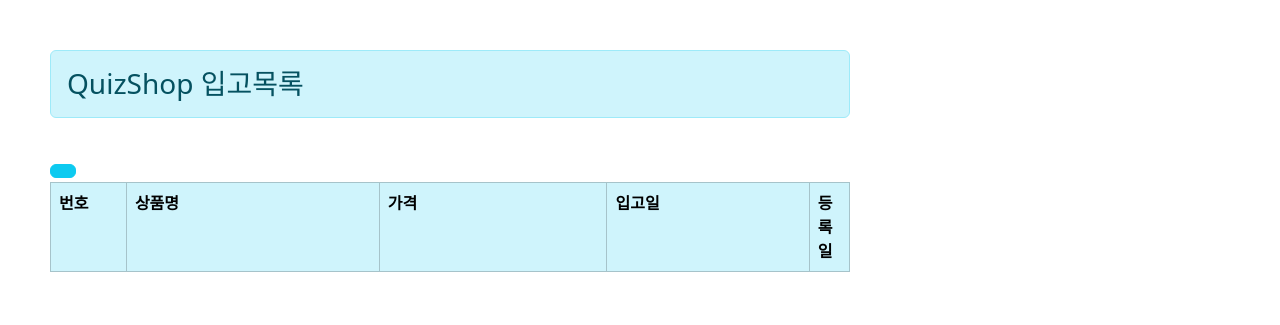
Repository: JunbroGit/SistProject
Page: http://localhost/jsaAjaxProject/quizshop/shopList.jsp
An editor plug-in stored every save of this project. The page is shown before and after the next save, followed by the edit.
The browser window is 1280 px wide. The pictures show the whole page.
Some web fonts or font styles are not loaded; a fallback is used. The page is served by Tomcat 9. Other server files are loaded and not shown.

Above is the page before, as saved 2024-03-12 06:14:13.

### jspwork/jsaAjaxProject/src/main/webapp/quizshop/shopList.jsp
<%@ page language="java" contentType="text/html; charset=UTF-8"
    pageEncoding="UTF-8"%>
<!DOCTYPE html>
<html>
<head>
<meta charset="UTF-8">
<link href="https://cdn.jsdelivr.net/npm/bootstrap@5.3.2/dist/css/bootstrap.min.css" rel="stylesheet">
<link href="https://fonts.googleapis.com/css2?family=Dongle&family=Gaegu&family=Nanum+Myeongjo&family=Nanum+Pen+Script&family=Noto+Sans+KR:wght@100..900&display=swap" rel="stylesheet">
<script src="https://code.jquery.com/jquery-3.7.0.js"></script>
<title>Insert title here</title>
</head>
<body>
<div style="margin: 50px 50px; width: 800px;">
	<h3 class="alert alert-info">QuizShop 입고목록</h3>
	<br>
	<button type="button" class="btn btn-info"></button>
	<br>
	<table class="table table-bordered">
		<tr class="table-info">
			<th width="60">번호</th>
			<th width="200">상품명</th>
			<th width="180">가격</th>
			<th width="160">입고일</th>
			<th width="1ㄴ60">등록일</th>
		</tr>
	</table>
</div>
</body>
</html>

After the next save:
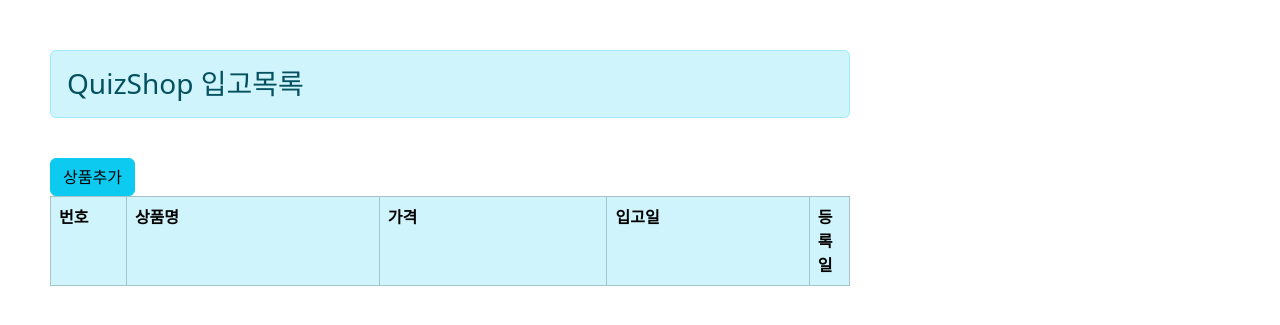
Saved 29 s later.
--- a/jspwork/jsaAjaxProject/src/main/webapp/quizshop/shopList.jsp
+++ b/jspwork/jsaAjaxProject/src/main/webapp/quizshop/shopList.jsp
@@ -13,7 +13,7 @@
 <div style="margin: 50px 50px; width: 800px;">
 	<h3 class="alert alert-info">QuizShop 입고목록</h3>
 	<br>
-	<button type="button" class="btn btn-info"></button>
+	<button type="button" class="btn btn-info">상품추가</button>
 	<br>
 	<table class="table table-bordered">
 		<tr class="table-info">
